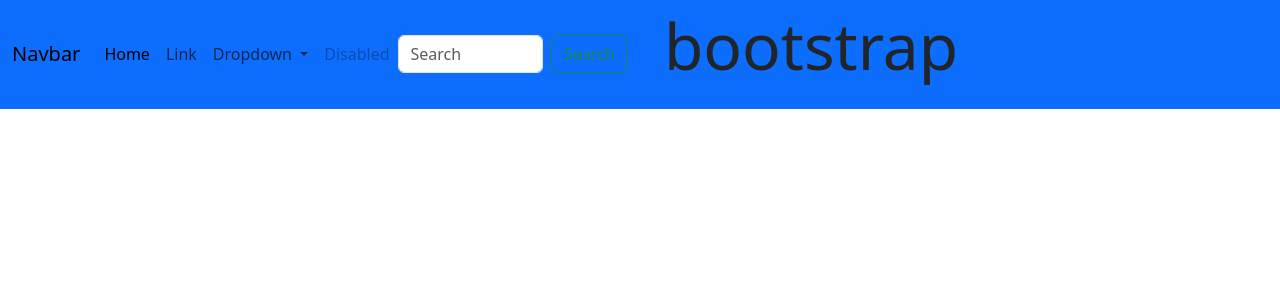
Repository: Riyakashiwala/practical
Page: riya 6th sem/book website.html
These files come from the project's save history. The page is drawn as it stood at one moment and after the next save; the edit follows.
The browser window is 1280 px wide. The pictures show the whole page.

Above is the page before, as saved 2024-12-11 06:37:13.

### riya 6th sem/book website.html
<!DOCTYPE html>
<html lang="en">
<head>
    <meta charset="UTF-8">
    <meta name="viewport" content="width=device-width, initial-scale=1.0">
    <title>Book Website</title>
    <link href="https://cdn.jsdelivr.net/npm/bootstrap@5.3.3/dist/css/bootstrap.min.css" rel="stylesheet" integrity="sha384-QWTKZyjpPEjISv5WaRU9OFeRpok6YctnYmDr5pNlyT2bRjXh0JMhjY6hW+ALEwIH" crossorigin="anonymous">


</head>
<body>
    <nav class="navbar navbar-expand-lg bg-primary">
        <div class="container-fluid bg-primary">
            <a class="navbar-brand" href="#">Navbar</a>
            <button class="navbar-toggler" type="button" data-bs-toggle="collapse" data-bs-target="#navbarSupportedContent" aria-controls="navbarSupportedContent" aria-expanded="false" aria-label="Toggle navigation">
            <span class="navbar-toggler-icon"></span>
            </button>
            <div class="collapse navbar-collapse" id="navbarSupportedContent">
            <ul class="navbar-nav me-auto mb-2 mb-lg-0">
                <li class="nav-item">
                <a class="nav-link active" aria-current="page" href="#">Home</a>
                </li>
                <li class="nav-item">
                <a class="nav-link" href="#">Link</a>
                </li>
                <li class="nav-item dropdown">
                <a class="nav-link dropdown-toggle" href="#" role="button" data-bs-toggle="dropdown" aria-expanded="false">
                Dropdown
                </a>
                <ul class="dropdown-menu">
                <li><a class="dropdown-item" href="#">Action</a></li>
                <li><a class="dropdown-item" href="#">Another action</a></li>
                <li><hr class="dropdown-divider"></li>
                <li><a class="dropdown-item" href="#">Something else here</a></li>
                </ul>
                </li>
            <li class="nav-item">
                <a class="nav-link disabled" aria-disabled="true">Disabled</a>
            </li>
            </ul>
            <form class="d-flex" role="search">
            <input class="form-control me-2" type="search" placeholder="Search" aria-label="Search">
            <button class="btn btn-outline-success" type="submit">Search</button>
            </form>
        </div>
        </div>
        <div class="container-fluid bg-primary">
        <div class="container">
            <section id="intro">
                <div class="row justify-content-start">
                    <div class="col-6">
                        <p class="display-3">bootstrap</p>

                    </div>
                </div>
            </section>
        </div>
        </div>
    </nav>
    <script src="https://cdn.jsdelivr.net/npm/bootstrap@5.3.3/dist/js/bootstrap.bundle.min.js" integrity="sha384-YvpcrYf0tY3lHB60NNkmXc5s9fDVZLESaAA55NDzOxhy9GkcIdslK1eN7N6jIeHz" crossorigin="anonymous"></script>
</body>
</html>

After the next save:
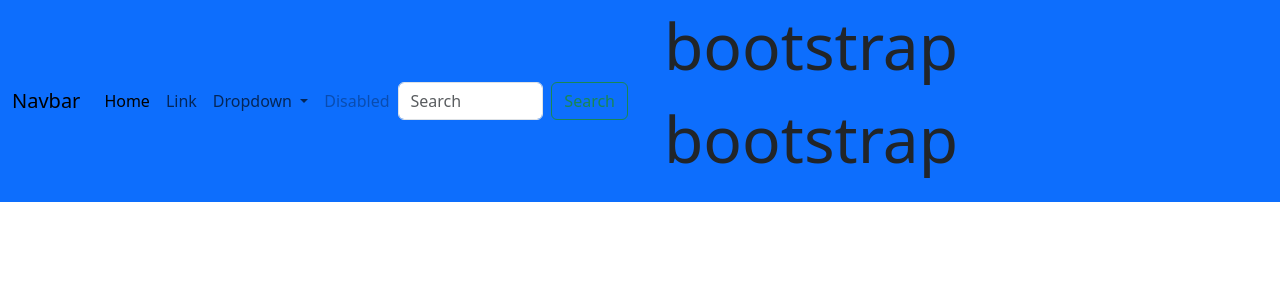
Saved 8 s later.
--- a/riya 6th sem/book website.html
+++ b/riya 6th sem/book website.html
@@ -50,7 +50,7 @@
                 <div class="row justify-content-start">
                     <div class="col-6">
                         <p class="display-3">bootstrap</p>
-
+                        <p class="display-3">bootstrap</p>
                     </div>
                 </div>
             </section>
